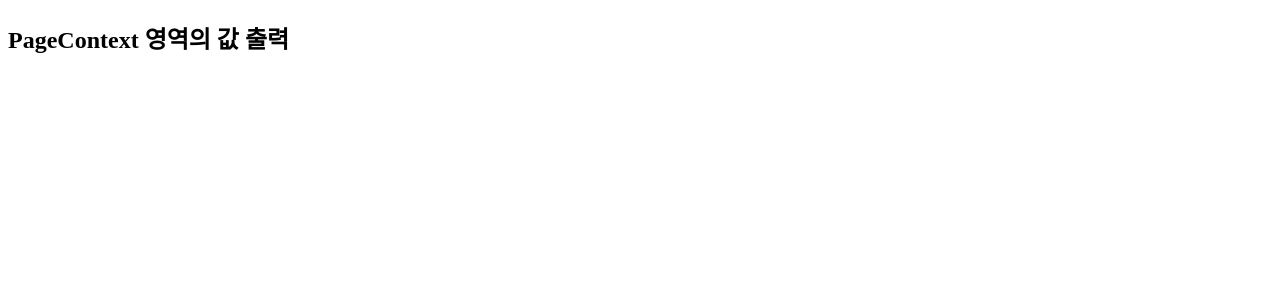
Repository: AHJ2616/Java
Page: http://localhost/board-jsp/03Scope/PageContextMain.jsp
The author's editor kept a copy of each file at every save. The page is drawn from the files as they stood at one save, then again after the next save.
The browser window is 1280 px wide. The pictures show the whole page.
The page is served by Tomcat 9.

Above is the page before, as saved 2024-07-23 05:43:09.

After the next save:
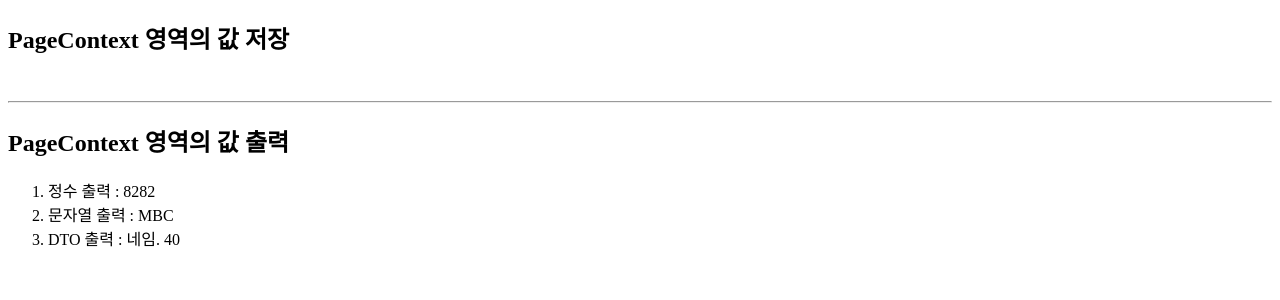
Saved 3 min 18 s later.
--- a/jsp_workspace/board-jsp/src/main/webapp/03Scope/PageContextMain.jsp
+++ b/jsp_workspace/board-jsp/src/main/webapp/03Scope/PageContextMain.jsp
@@ -13,11 +13,20 @@
 <title>PageContextMain : 자바dto를 활용</title>
 </head>
 <body>
-<h2>PageContext 영역의 값 출력</h2>
+<h2>PageContext 영역의 값 저장</h2>
 <%
 int pageContextInt = (Integer) pageContext.getAttribute("pageInt");
 String pageContextString = (String) pageContext.getAttribute("pageString");
 Person person = (Person) pageContext.getAttribute("PersonDTO");
 %>
+<br>
+<hr>
+<h2>PageContext 영역의 값 출력</h2>
+
+<ol>
+<li>정수 출력 : <%=pageContextInt %></li>
+<li>문자열 출력 : <%=pageContextString %></li>
+<li>DTO 출력 : <%= person.getName() %>. <%= person.getAge() %></li>
+</ol>
 </body>
 </html>
